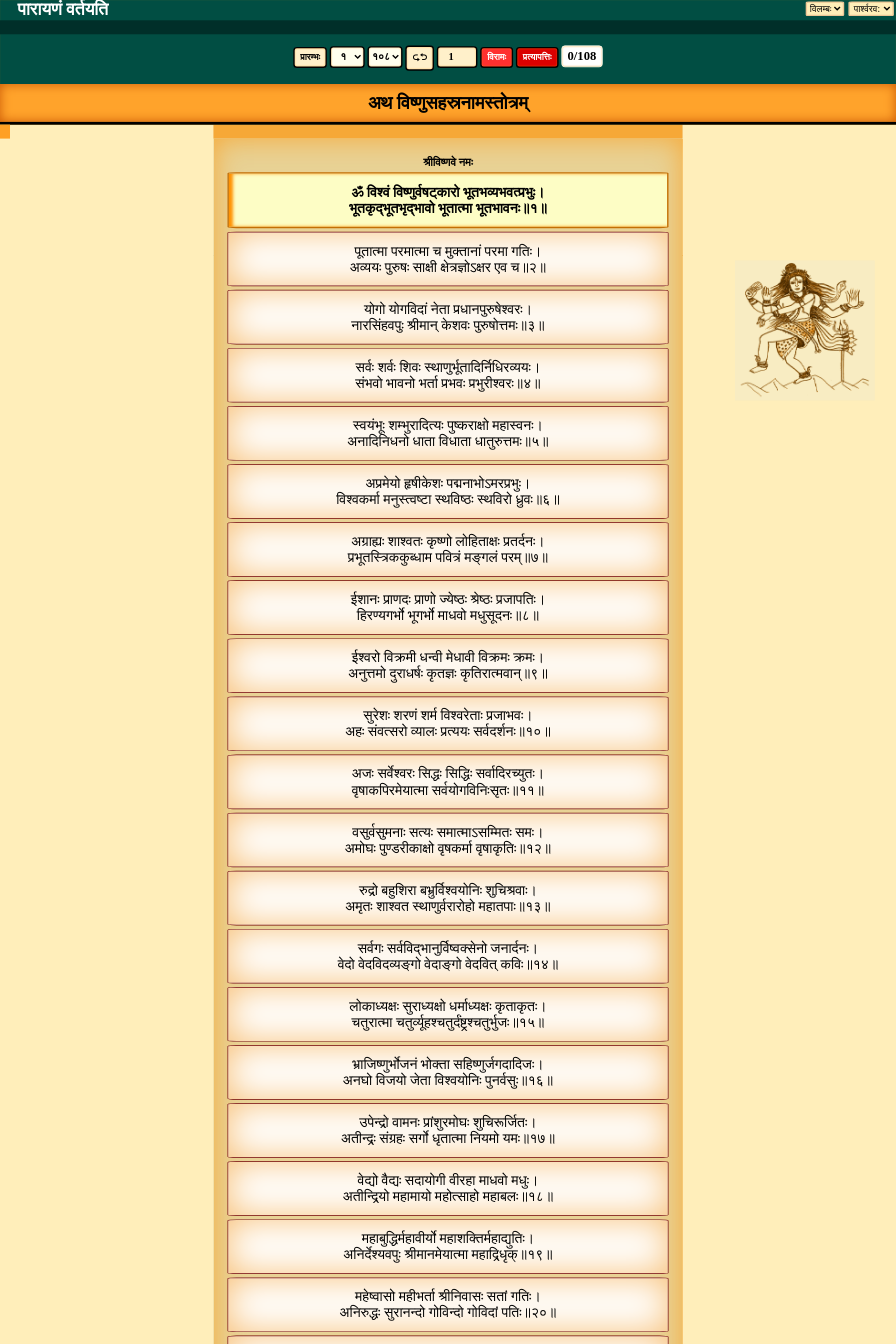
Repository: arshavak/vishnu-sahasranam
Page: index.html
The author's editor kept a copy of each file at every save. The page is drawn from the files as they stood at one save, then again after the next save.
The browser window is 1280 px wide. The pictures show the part of the page from y = 0 to 1920 px (the page is 9267 px tall), at 70% of full size.
After loading, the first visible `input.psuGrup` was clicked once.

Above is the page before, as saved 2024-12-30 13:12:49.
Not found: scripts/sanskrittime.js

After the next save:
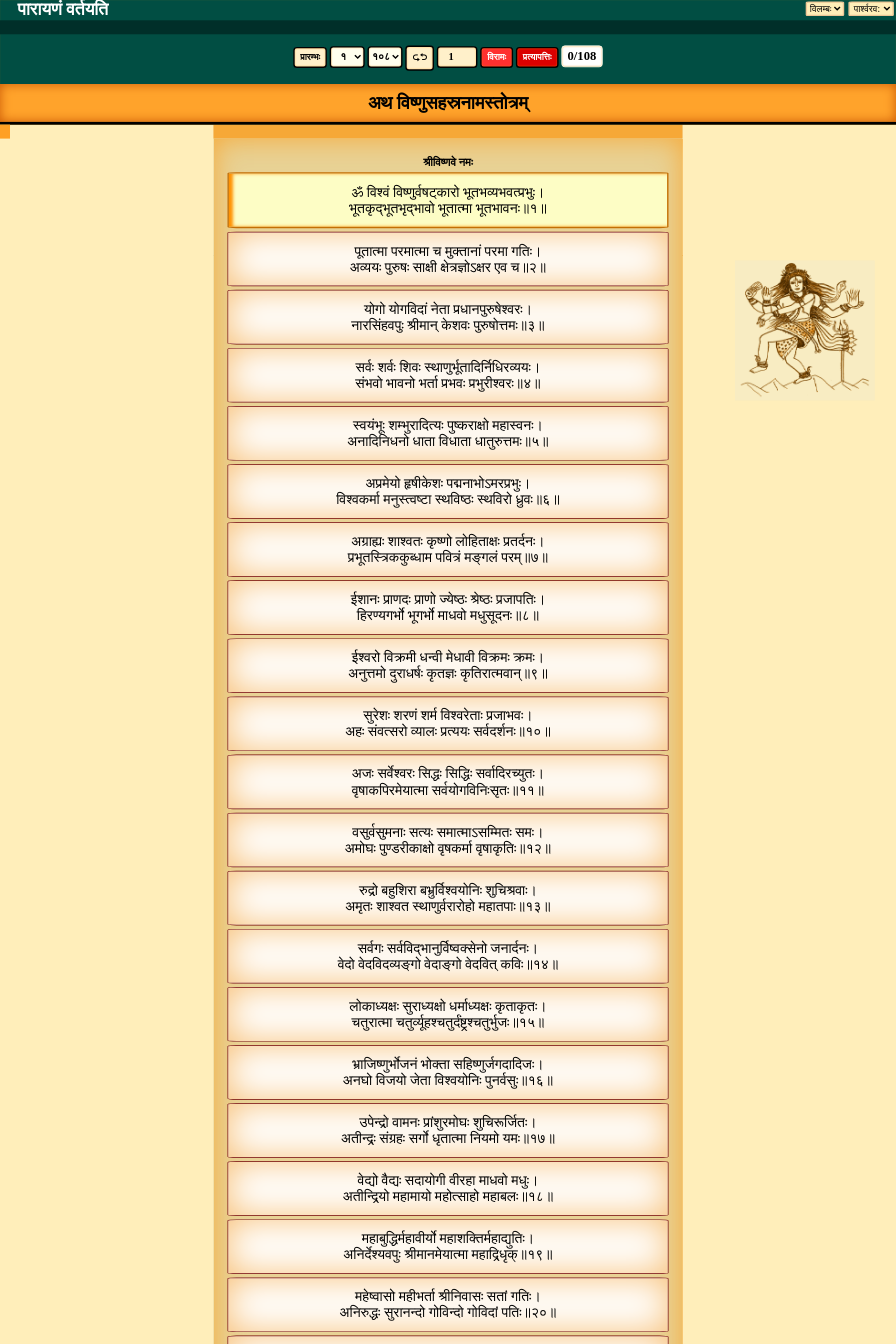
Saved 3 min 35 s later.
--- a/style/style.css
+++ b/style/style.css
@@ -324,7 +324,7 @@
   border: 2px solid #c16b02;
   /* display:inline-block; */
   top: 200px;
-  font-weight: 600;
+  /* font-weight: 600; */
   /* text-shadow: 1px 1px 4px rgb(255, 249, 70); */
   background-color: rgb(253, 253, 197);
   box-shadow: inset 6px 0px 5px  #ff9100 ;
